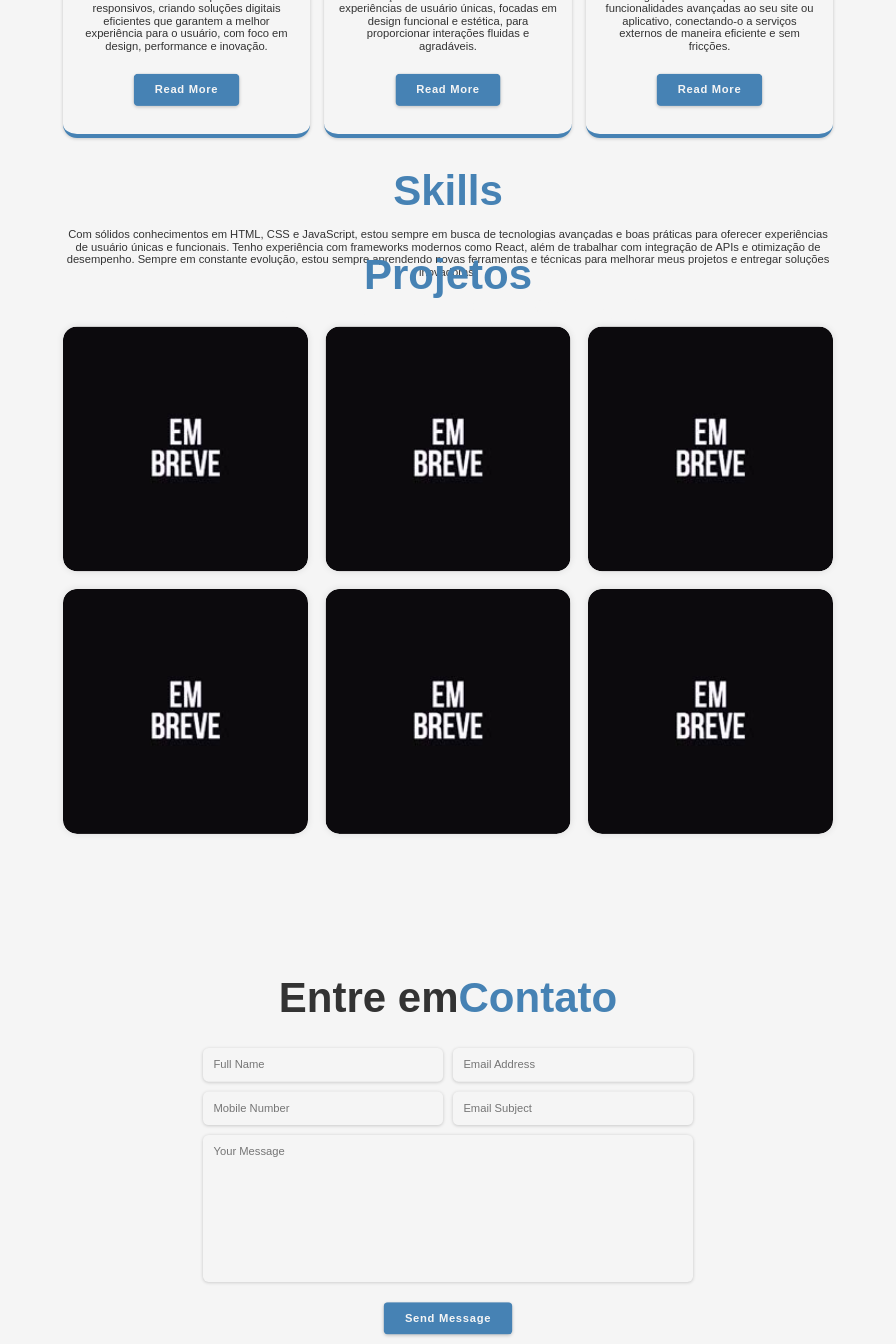
Repository: AliciaKathleen/portfolio-2025
Page: index.html
These files come from the project's save history. The page is drawn as it stood at one moment and after the next save; the edit follows.
The browser window is 1280 px wide. The pictures show the part of the page from y = 1805 to 3725 px (the page is 3896 px tall before and 3996 px after), at 70% of full size.

Above is the page before, as saved 2025-01-27 17:05:56.
Console error: TypeError: Cannot read properties of null (reading 'classList')

After the next save:
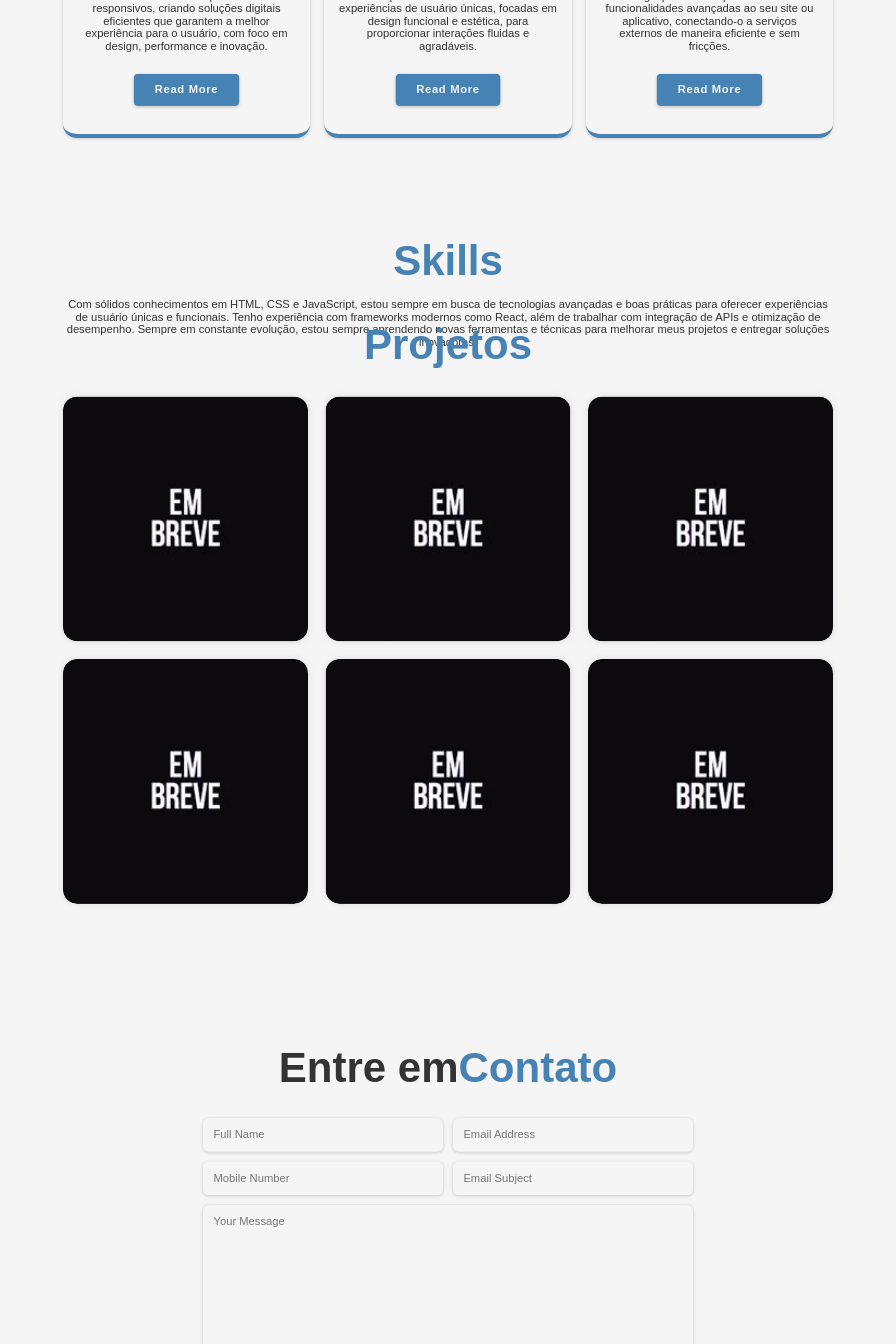
Saved 7 s later.
--- a/style.css
+++ b/style.css
@@ -296,7 +296,7 @@ span {
 
 .services {
     min-height: auto;
-    padding-bottom: 10rem;
+    padding-bottom: 20rem;
     margin-top: -10rem;
 }
 
